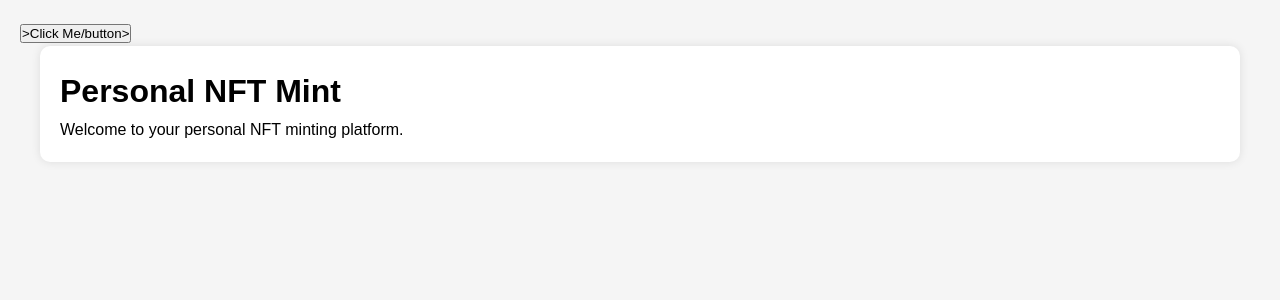
Repository: Ch3fC0d3/-MACT6340
Page: index.html
An editor plug-in stored every save of this project. The page is shown before and after the next save, followed by the edit.
The browser window is 1280 px wide. The pictures show the whole page.

Above is the page before, as saved 2025-01-15 10:00:51.

After the next save:
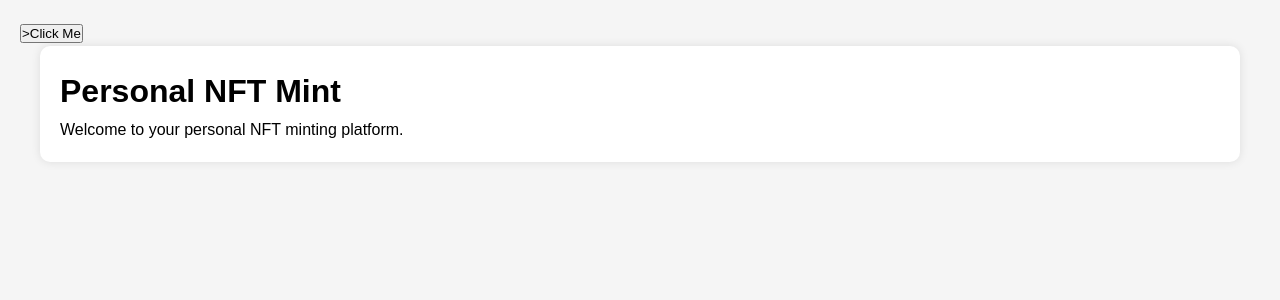
Saved 26 s later.
--- a/index.html
+++ b/index.html
@@ -11,7 +11,7 @@
     <link rel="stylesheet" href="./CSS/style.css">
 </head>
 <body>
-    <button id="TestButton">>Click Me/button>
+    <button id="TestButton">>Click Me</button>
     <script type="module" src="./js/index.js"></script>
 </body>
 </html>
